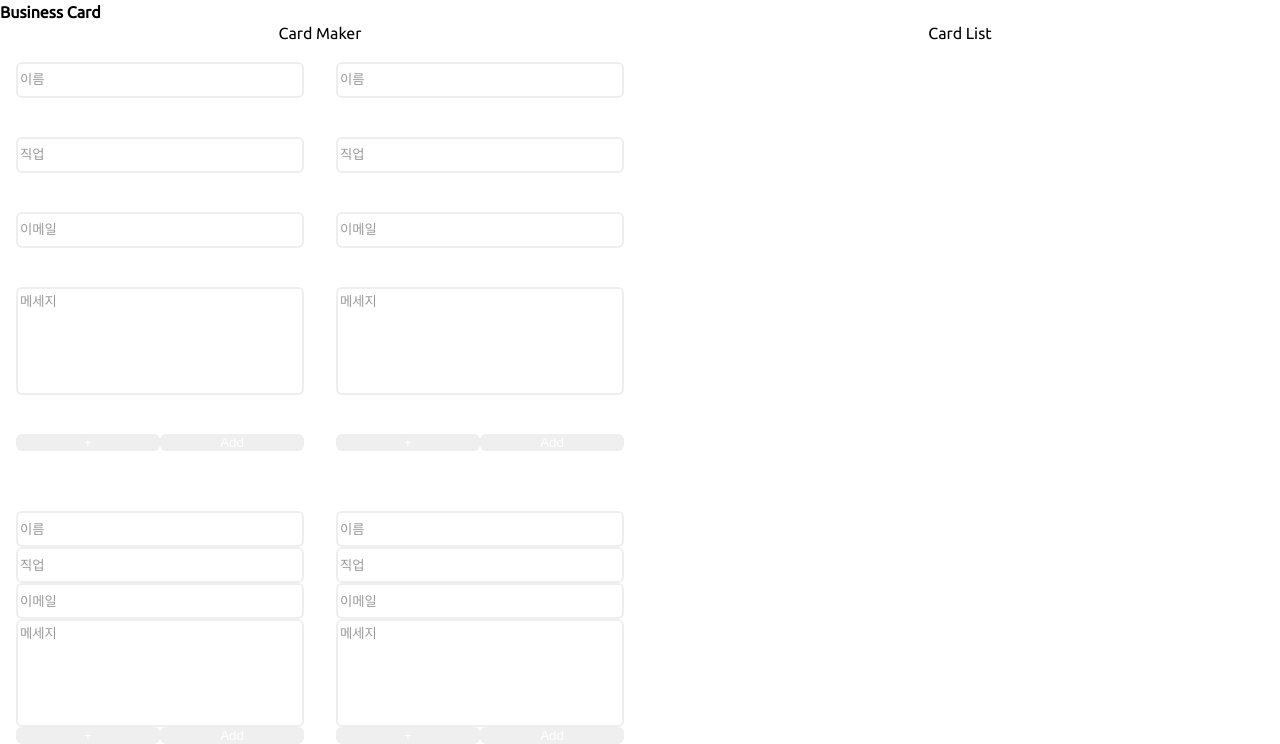
Repository: momo0170/react_businesscard
Page: /main
These files come from the project's save history. The page is drawn as it stood at one moment and after the next save; the edit follows.
The browser window is 1280 px wide. The pictures show the whole page.
The page's requests for data from a server got no answer. The project was rebuilt for these pictures with package versions that can differ from the ones it lists, and the page was loaded fresh each time. No one was signed in, and anything a server would have sent is missing. Also part of the build but not shown: src/css/login.module.css, src/route/login.jsx.

Above is the page before, as saved 2022-08-14 22:46:00.

### public/index.html
<!DOCTYPE html>
<html lang="en">
  <head>
    <meta charset="utf-8" />
    <link rel="icon" href="%PUBLIC_URL%/favicon.ico" />
    <meta name="viewport" content="width=device-width, initial-scale=1" />
    <meta name="theme-color" content="#000000" />
    <meta
      name="description"
      content="Web site created using create-react-app"
    />
    <link rel="preconnect" href="https://fonts.googleapis.com" />
    <link rel="preconnect" href="https://fonts.gstatic.com" crossorigin />
    <link
      href="https://fonts.googleapis.com/css2?family=Noto+Sans+KR:wght@400;700&family=Ubuntu:ital,wght@0,400;1,500&display=swap"
      rel="stylesheet"
    />

    <title>App</title>
  </head>
  <body>
    <noscript>You need to enable JavaScript to run this app.</noscript>
    <div id="root"></div>
  </body>
</html>

### src/index.js
import React from 'react';
import ReactDOM from 'react-dom/client';
import './index.css';
import App from './app.jsx';
import { BrowserRouter } from 'react-router-dom';

const root = ReactDOM.createRoot(document.getElementById('root'));
root.render(
  <BrowserRouter>
    <App />
  </BrowserRouter>
);

### src/index.css
html {
  width: 100%;
  height: 100%;
}

body {
  width: 100%;
  height: 100%;
  margin: 0;
  font-family: 'Noto Sans KR', sans-serif;
  font-family: 'Ubuntu', sans-serif;
}

#root {
  width: 100%;
  height: 100%;
}

### src/app.jsx
import React, { useState, useRef } from 'react';
import { Routes, Route } from 'react-router-dom';

import Login from './route/login';
import Main from './route/main';

import { auth } from './service/firebase.js';
import './service/firebase.js';
import writeUserData from './service/database.js';
import {
  GoogleAuthProvider,
  signInWithPopup,
  createUserWithEmailAndPassword,
  onAuthStateChanged,
  signInWithEmailAndPassword,
  signOut,
} from 'firebase/auth';

// createUserWithEmailAndPassword : 회원가입
// signInWithEmailAndPassword : 로그인
// signOut : 로그아웃
// sendEmailVerifiacation : 회원가입한 이메일 유호 확인
// updateEmail : 회원가입한 아이디 이메일 변경
// updatePassword : 회원가입한 아이디 패스워드 변경
// sendPasswordResetEmail : 회원가입한 비빌먼호 재설정
// delete : 회원가입한 아이디 삭제
// reauthenticate : 아이디 재인증
// onAuthStateChanged : 사용자의 로그인 상태 변경 감시

function App() {
  const [registerEmail, setRegisterEmail] = useState('');
  const [registerPassword, setRegisterPassword] = useState('');
  const [loginEmail, setLoginEmail] = useState(''); // email 저장하는 변수
  const [loginPassword, setLoginPassword] = useState(''); // 비밀번호 저장하는 변수
  const [googleUserData, setGoogleUserData] = useState(null); // google 로그인 사용자 정보
  const [emailUserData, setEmailUserData] = useState(null); // email 로그인 사용자 정보
  const loginInputId = useRef(); // id input 태그 제어
  const loginInputPassword = useRef(); // password input 태그 제어

  // 회원가입
  const register = () => {
    createUserWithEmailAndPassword(auth, registerEmail, registerPassword)
      .then((userCredential) => {
        var registerUser = userCredential.user;
        console.log(registerUser);
      })
      .catch((error) => {
        var errorCode = error.code;
        var errorMessage = error.message;
        console.log(errorCode);
        console.log(errorMessage);
        // ..
      });
  };

  // 이메일 로그인
  const emailLogin = (e) => {
    e.preventDefault();
    loginInputId.current.value = '';
    loginInputPassword.current.value = '';
    signInWithEmailAndPassword(auth, loginEmail, loginPassword)
      .then((userCredential) => {
        const data = userCredential.user;
        setEmailUserData(data);
        console.log(data);
        document.location.href = '/main';
      })
      .catch((error) => {
        const errorCode = error.code;
        const errorMessage = error.message;
        console.log(errorCode);
        console.log(errorMessage);
      });
  };

  // 구글 로그인
  const googleLogin = () => {
    const provider = new GoogleAuthProvider(); // provider를 구글로 설정
    signInWithPopup(auth, provider) // popup을 이용한 signup
      .then((data) => {
        setGoogleUserData(data.user); // user data 설정
        console.log(data); // console로 들어온 데이터 표시
        document.location.href = '/main';
      })
      .catch((err) => {
        console.log(err);
      });
  };

  return (
    <Routes>
      <Route path="/">
        <Route
          path="login"
          element={
            <Login
              googleLogin={googleLogin}
              register={register}
              emailLogin={emailLogin}
              googleUserData={googleUserData}
              setGoogleUserData={setGoogleUserData}
              emailUserData={emailUserData}
              setEmailUserData={setEmailUserData}
              setLoginEmail={setLoginEmail}
              setLoginPassword={setLoginPassword}
              loginInputId={loginInputId}
              loginInputPassword={loginInputPassword}
            />
          }
        />
      </Route>
      <Route path="/main" element={<Main />} />
    </Routes>
  );
}

export default App;

### src/route/main.jsx
import React from 'react';
import { useState } from 'react';
import styles from '../css/main.module.css';
import CardMaker from '../components/cardMaker';

function Main() {
  const [maker, setMaker] = useState([
    {
      name: '창한',
      job: 'Front-End Developer',
      email: 'momo017097@gmail.com',
      message: '화이팅',
    },
    {
      name: 'Donald',
      job: 'FBI agent',
      email: 'dnd@gmail.com',
      message: 'Get down here',
    },
  ]);
  const [card, setCard] = useState([]);

  return (
    <>
      <header className={styles.header}>
        <span className={styles.title}>Business Card</span>
        <div>
          <span className={styles.logout}>로그아웃</span>
        </div>
      </header>
      <div className={styles.container}>
        {/* 카드 메이커 */}
        <div className={styles.cardMakerTitle}>
          <span>Card Maker</span>
          <div className={styles.cardMakers}>
            <CardMaker />
            <CardMaker />
            <CardMaker />
            <CardMaker />
          </div>
        </div>

        {/* 카드 리스트 */}
        <div className={styles.cardListTitle}>
          <span>Card List</span>
          <div className={styles.cardLists}></div>
        </div>
      </div>
    </>
  );
}

export default Main;

### src/service/firebase.js
import { initializeApp } from 'firebase/app';
import { getAuth } from 'firebase/auth';

const firebaseConfig = {
  apiKey: process.env.REACT_APP_API_KEY,
  authDomain: process.env.REACT_APP_AUTH_DOMAIN,
  projectId: process.env.REACT_APP_PROJECT_ID,
  storageBucket: process.env.REACT_APP_STORAGE_BUCKET,
  messagingSenderId: process.env.REACT_APP_MESSAGING_ID,
  appId: process.env.REACT_APP_APP_ID,
};
const app = initializeApp(firebaseConfig);
const auth = getAuth(app);

export { app, auth };

### src/service/database.js
import { getDatabase, ref, set } from 'firebase/database';

// set을 사용해서 지정된 참조에 데이터를 저장
// 해당 경로의 기존 데이터를 모두 바꿈
// 하위 노드를 포함하여 지정된 위치의 데이터를 덮어 씀
const writeUserData = (userId, name, email) => {
  const db = getDatabase();
  set(ref(db, '/main/users/' + userId), {
    username: name,
    email: email,
  });
};

// onValue 메소드가 이벤트를 관찰
// 이벤트가 발생하면 지정한 경로에 있는 콘텐츠의 정적 스냅샷을 읽음
// 처음에 리스너에 연결될 때 한 번 트리거되고, 하위 요소를 포함한 데이터가 변경될 때마다 다시 트리거
// 리스너는 이벤트 발생 시점에 지정된 위치에 있던 데이터르 포함하는 스냅샷을 수신
// val() 메소트를 이용해 스냅샷 데이터 검색 가능

export default writeUserData;

### src/css/main.module.css
@value normalBlue from '../common/colors.css';
@value marginNormal, fontXLarge, marginHigh, paddingLow, fontLarge, paddingNormal, paddingHigh, fontXXLarge from '../common/size.css';

.header {
  display: flex;
  justify-content: space-between;
  align-items: center;
  padding: paddingNormal paddingHigh;
  position: sticky;
  top: 0;
  background-color: white;
}

.title {
  color: normalBlue;
  margin: 0;
  font-size: fontXXLarge;
  font-weight: 600;
}

.logout {
  cursor: pointer;
  background-color: normalBlue;
  padding: paddingLow;
  color: white;
  font-weight: 600;
  border-radius: 6px;
}

.container {
  display: flex;
  height: 100vh;
}

.cardMakerTitle,
.cardListTitle {
  display: flex;
  flex-direction: column;
  align-items: center;
}
.cardMakerTitle,
.cardListTitle {
  /* background-color: grey; */
  flex: 1 1 50%;
}

.cardMakerTitle span,
.cardListTitle span {
  margin-bottom: marginNormal;
  font-size: fontXLarge;
}

.cardMakers,
.cardLists {
  width: 100%;
  height: 100%;
  display: grid;
  grid-template-columns: repeat(auto-fill, 50%);
  grid-template-rows: repeat(auto-fill, minmax(400px, 500px));
  justify-items: center;
  overflow: auto;
  row-gap: 40px;
}

### src/components/cardMaker.jsx
import styles from '../css/cardMaker.module.css';

function CardMaker() {
  return (
    <div className={styles.frame}>
      <input className={styles.name} placeholder="이름" />
      <input className={styles.job} placeholder="직업" />
      <input className={styles.email} placeholder="이메일" />
      <textarea className={styles.message} placeholder="메세지" />
      <div className={styles.btns}>
        <button className={styles.photoBtn}>+</button>
        <button className={styles.addBtn}>Add</button>
      </div>
    </div>
  );
}

export default CardMaker;

### src/css/cardMaker.module.css
@value normalBlue, cardBackground, cardBorder, cardAdd, cardDelete, photoAdd from '../common/colors.css';
@value marginNormal, fontXLarge, marginLow, marginHigh, paddingLow, fontLarge, paddingNormal, paddingHigh, fontXXLarge from '../common/size.css';

.frame {
  width: 90%;
  display: flex;
  flex-direction: column;
  justify-content: space-around;
  background-color: cardBackground;
  border: 1px solid cardBorder;
  border-radius: 6px;
}

input {
  margin: 0 marginHigh;
  margin-top: marginNormal;
  border: 2px solid #eeeeee;
  border-radius: 6px;
  padding-left: paddingLow;
}

.message {
  margin: marginHigh;
  margin-bottom: 0;
  border: 2px solid #eeeeee;
  border-radius: 6px;
  height: 100px;
  resize: none;
  padding: paddingLow;
}

.name,
.job,
.email {
  height: 30px;
}

input:focus,
.message:focus {
  border: 2px solid normalBlue;
}

input::placeholder,
.message::placeholder {
  color: rgba(0, 0, 0, 0.4);
}

.btns {
  display: flex;
  justify-content: space-between;
  margin: marginLow marginHigh;
}
.photoBtn,
.addBtn {
  outline: 0;
  border: 0;
  border-radius: 6px;
  cursor: pointer;
  flex: 1 1 50%;
  color: white;
  padding: paddingNormal 0;
}

.photoBtn {
  background-color: photoAdd;
  margin-right: marginLow;
}
.addBtn {
  background-color: normalBlue;
}

After the next save:
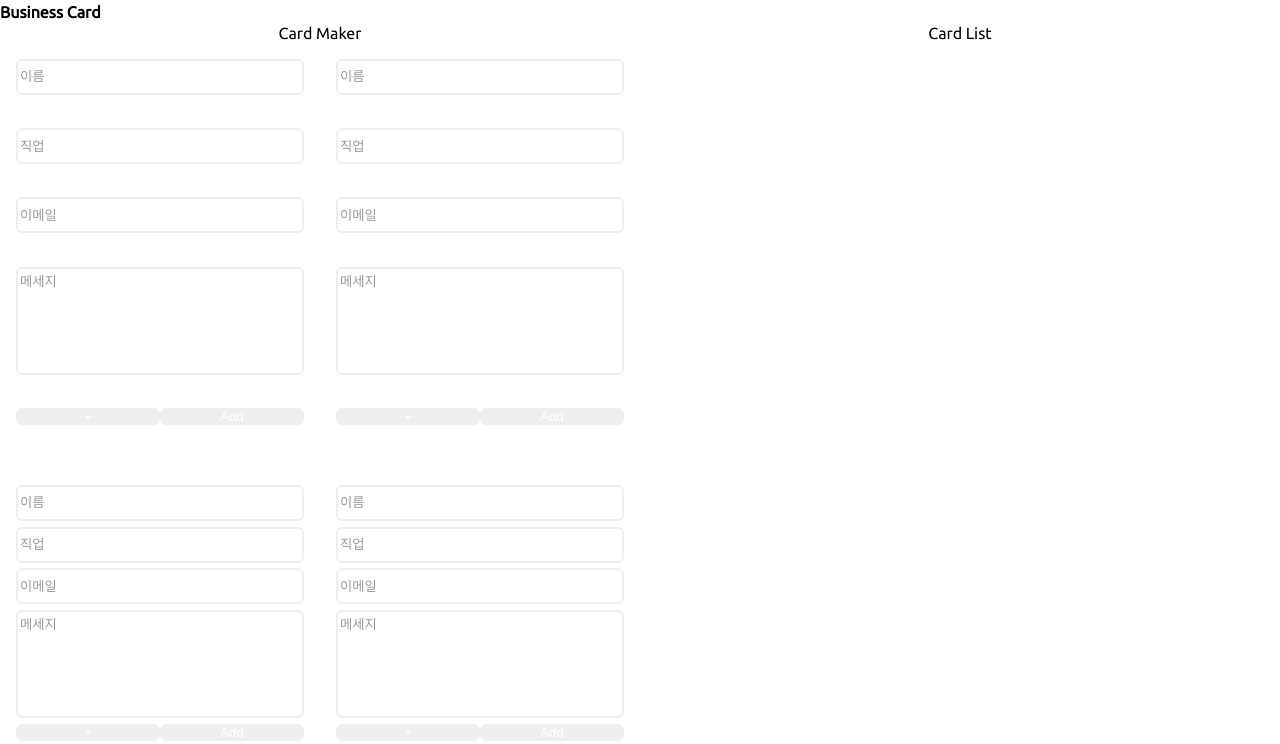
Saved 11 h 26 min later.
--- a/src/css/main.module.css
+++ b/src/css/main.module.css
@@ -56,7 +56,7 @@
   height: 100%;
   display: grid;
   grid-template-columns: repeat(auto-fill, 50%);
-  grid-template-rows: repeat(auto-fill, minmax(400px, 500px));
+  grid-template-rows: repeat(auto-fill, 400px);
   justify-items: center;
   overflow: auto;
   row-gap: 40px;
